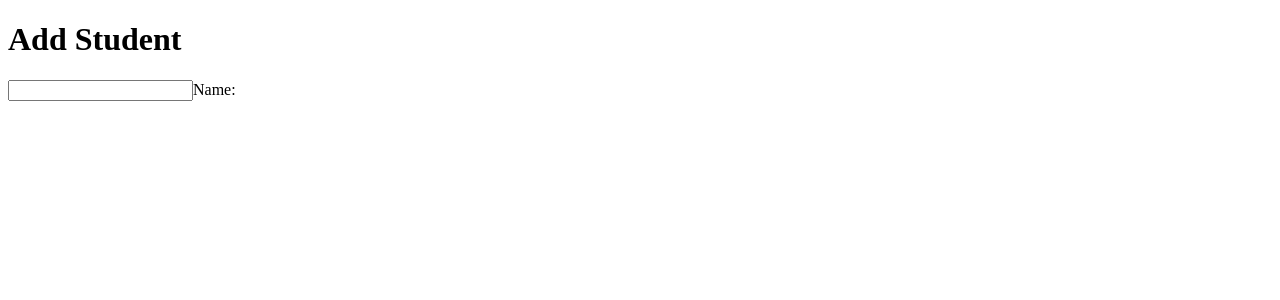
Repository: irvan1702/JavaServletExercise
Page: project5-exercise/SampleServer/WebContent/index.html
The author's editor kept a copy of each file at every save. The page is drawn from the files as they stood at one save, then again after a run of saves.
The browser window is 1280 px wide. The pictures show the whole page.

Above is the page before, as saved 2017-04-21 02:18:45.

After the next 2 saves:
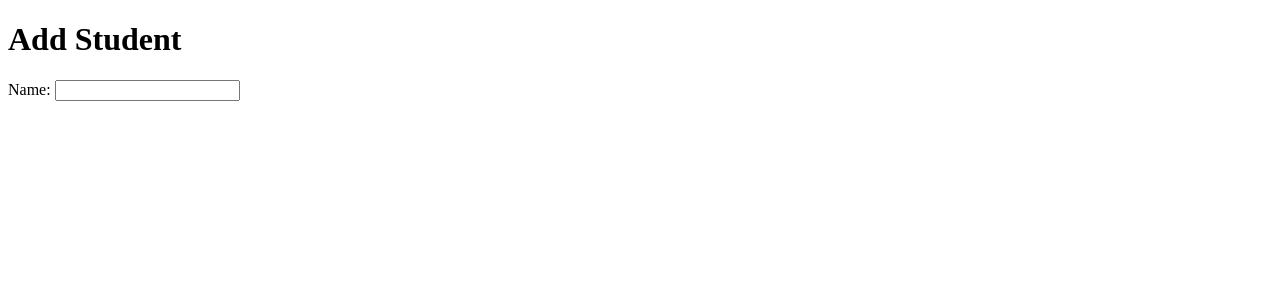
The 2 saves are shown as one change because they came seconds apart.
The last was saved 42 s later.
--- a/project5-exercise/SampleServer/WebContent/index.html
+++ b/project5-exercise/SampleServer/WebContent/index.html
@@ -7,7 +7,8 @@
 <body>
 	<h1>Add Student</h1>
 	<form action="post">
-		<input type=text>Name:</input>
+		<label>Name:</label>
+		<input type=text></input>
 	</form>
 </body>
 </html>
